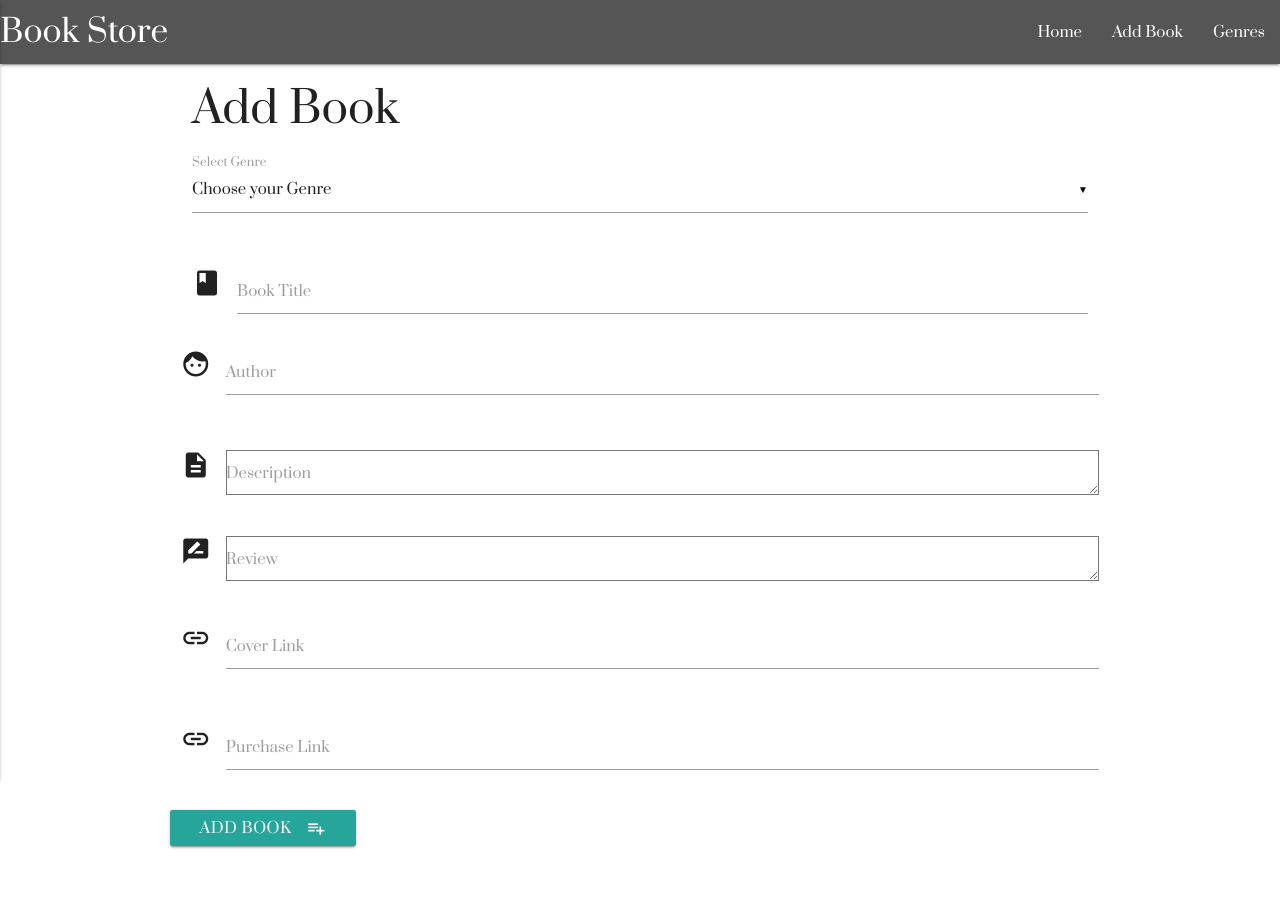
Repository: thodnett/book-store
Page: http://localhost/add_book
The author's editor kept a record of every edit. The page is drawn from the files as they stood at one moment, then again after the next edit.
The browser window is 1280 px wide. The pictures show the whole page.
Some web libraries are served in a nearby version. The page is served by the project's application, run on Flask 3 (app.py). Queries for data that is not in the repository find no rows.

Above is the page before.

### templates/addbook.html
{% extends 'base.html' %} {% block content %}

<h3 class="headings"> Add Book </h3>
<div class="row">
    <form action="{{ url_for('insert_book') }}" method="POST" class="form col s12">
        <div class='row'>
            <div class="input-field col s12">
    <select>
      <option class="option" value="" disabled selected>Choose your Genre</option>
       {% for cat in categories %}
                     <option class="option" value="{{cat.category_name}}">{{cat.category_name}}</option>
                  {% endfor %}
    </select>
    <label class="label">Select Genre</label>
  </div>
        </div>
        <div class="row">
            <div class="input-field col s12">
                <i class="material-icons prefix">book</i>
                <input class="input" id="book_name" name='book_name' type="text" class="validate">
                <label class="label" for="book_name">Book Title</label>
            </div>
            <div class="row">
                <div class="input-field col s12">
                    <i class="material-icons prefix">face</i>
                    <input class="input" id="book_author" name="book_author" type="text" class="validate">
                    <label class="label" for="book_author">Author</label>
                </div>
            </div>
            <div class="row">
                <div class="input-field col s12">
                    <i class="material-icons prefix">description</i>
                    <textarea class="area" id="book_descrip" name="book_descrip" class="validate"></textarea>
                    <label class="label" for="book_descrip">Description</label>
                </div>
            </div>
            <div class="row">
                <div class="input-field col s12">
                    <i class="material-icons prefix">rate_review</i>
                    <textarea class="area" id="book_review" name="book_review" class="validate"></textarea>
                    <label class="label" for="book_review">Review</label>
                </div>
            </div>
            <div class="row">
                <div class="input-field col s12">
                    <i class="material-icons prefix">link</i>
                    <input class="input" id="cover_link" name="cover_link" type="text" class="validate">
                    <label class="label"for="cover_link">Cover Link</label>
                </div>
            </div>
            <div class="row">
                <div class="input-field col s12">
                    <i class="material-icons prefix">link</i>
                    <input class="input" id="purch_link" name="purch_link" type="text" class="validate">
                    <label class="label" for="purch_link">Purchase Link</label>
                </div>
            </div>
            <div class="row">
                <button class="btn waves-effect waves-light" type="submit" name="action">Add Book
                <i class="material-icons right">playlist_add</i>
              </button>

            </div>
        </div>
    </form>
</div>
{% endblock %}

### templates/base.html
<!DOCTYPE html>
<html lang="en">

<head>

   <link href="https://fonts.googleapis.com/icon?family=Material+Icons" rel="stylesheet">
   <link rel="stylesheet" href="https://cdnjs.cloudflare.com/ajax/libs/materialize/0.100.2/css/materialize.min.css">
    <link rel="stylesheet" href="{{url_for('static', filename='css/style.css')}}" type="text/css"/>
</head>
<body>
    <header>
        <nav>
            <div class="nav-wrapper">
                <a href="{{url_for('get_books')}}" class="brand-logo">Book Store</a>
                <a href="#" data-activates="mobile-demo" class="button-collapse"><i class="material-icons">menu</i></a>
                <ul id="nav-mobile" class="right hide-on-med-and-down">
                    <li><a href="{{url_for('get_books')}}">Home</a></li>
                    <li><a href="{{url_for('add_book')}}">Add Book</a></li>
                    <li><a href="{{url_for('get_categories')}}">Genres</a></li>
                </ul>
                <ul class="side-nav" id="mobile-demo">
                    <li><a href="{{url_for('get_books')}}">Home</a></li>
                    <li><a href="{{url_for('add_book')}}">Add Book</a></li>
                    <li><a href="{{url_for('get_categories')}}">Genres</a></li>
                </ul>
            </div>
        </nav>
    </header>
    <div class="container">
    {% block content %}
    {% endblock %}
    </div>


<script src="https://cdnjs.cloudflare.com/ajax/libs/jquery/3.2.1/jquery.min.js"></script>
<script src="https://cdnjs.cloudflare.com/ajax/libs/materialize/0.100.2/js/materialize.min.js"></script>
<script type="text/javascript">
$(document).ready(function() {
      $('select').material_select();
      $(".button-collapse").sideNav();
        });

</script>
</body>
</html>

### app.py
import os
from flask import Flask,  render_template, redirect, request, url_for
from flask_pymongo import PyMongo
from bson.objectid import ObjectId


app = Flask(__name__)

app.config["MONGO_DBNAME"] = 'book_store'
app.config["MONGO_URI"] = 'mongodb+srv://thodnett:Pass1234@myfirstcluster-2pyxt.mongodb.net/book_store?retryWrites=true&w=majority'

mongo = PyMongo(app)



@app.route('/')
@app.route('/get_books')
def get_books():
    return render_template("books.html", books=mongo.db.books.find())

@app.route('/add_book')
def add_book():
    return render_template("addbook.html",  categories=mongo.db.categories.find())

@app.route('/insert_book', methods=['POST'])
def insert_book():
    books = mongo.db.books
    books.insert_one(request.form.to_dict())
    return redirect(url_for('get_books'))

@app.route('/edit_book/<book_id>')
def edit_book(book_id):
    the_book =  mongo.db.books.find_one({"_id": ObjectId(book_id)})
    all_categories =  mongo.db.categories.find()
    return render_template('editbook.html', book=the_book, categories=all_categories)

@app.route('/update_book/<book_id>', methods=['POST'])
def update_book(book_id):
    books = mongo.db.books
    books.update( {'_id': ObjectId(book_id)},
    {
        'book_name':request.form.get('book_name'),
        'category_name':request.form.get('category_name'),
        'book_author':request.form.get('book_author'),
        'book_descrip':request.form.get('book_descrip'),
        'book_review':request.form.get('book_review'),
        'cover_link':request.form.get('cover_link'),
        'purch_link':request.form.get('purch_link')
    })
    return redirect(url_for('get_books'))

@app.route('/delete_book/<book_id>')
def delete_book(book_id):
    mongo.db.books.remove({'_id': ObjectId(book_id)})
    return redirect(url_for('get_books'))

@app.route('/get_categories')
def get_categories():
    return render_template('categories.html',
    categories=mongo.db.categories.find())

@app.route('/edit_category/<category_id>')
def edit_category(category_id):
    return render_template('editcategory.html',
    category=mongo.db.categories.find_one({'_id': ObjectId(category_id)}))

@app.route('/update_category/<category_id>', methods=['POST'])
def update_category(category_id):
    mongo.db.categories.update(
        {'_id': ObjectId(category_id)},
        {'category_name': request.form.get('category_name')})
    return redirect(url_for('get_categories'))

@app.route('/delete_category/<category_id>')
def delete_category(category_id):
    mongo.db.categories.remove({'_id': ObjectId(category_id)})
    return redirect(url_for('get_categories'))

@app.route('/insert_category', methods=['POST'])
def insert_category():
    categories = mongo.db.categories
    category_doc ={'category_name': request.form.get('category_name')}
    categories.insert_one(category_doc)
    return redirect(url_for('get_categories'))

@app.route('/add_category')
def add_category():
    return render_template('addcategory.html')


if __name__ == '__main__':
    app.run(host=os.environ.get('IP'),
            port=int(os.environ.get('PORT')),
            debug=True)

### static/css/style.css
@import url('https://fonts.googleapis.com/css?family=Prata&display=swap');


/*----style navbar ----*/

.nav-wrapper {
    background-color: #555555;
    font-family: 'Prata', sans-serif;

}

/*--------card--------*/

.card-content, .card-action a {
    font-family: 'Prata', sans-serif;
}

/*-------headings-----*/

.headings {
    font-family: 'Prata', sans-serif;
}

.row a {
     font-family: 'Prata', sans-serif;
     color: orange;
}

.form {
    font-family: 'Prata', sans-serif;
}

.label {
    font-family: 'Prata', sans-serif;
}

.input{
    font-family: 'Prata', sans-serif;
}

.area {
    font-family: 'Prata', sans-serif;
}

After the next edit:
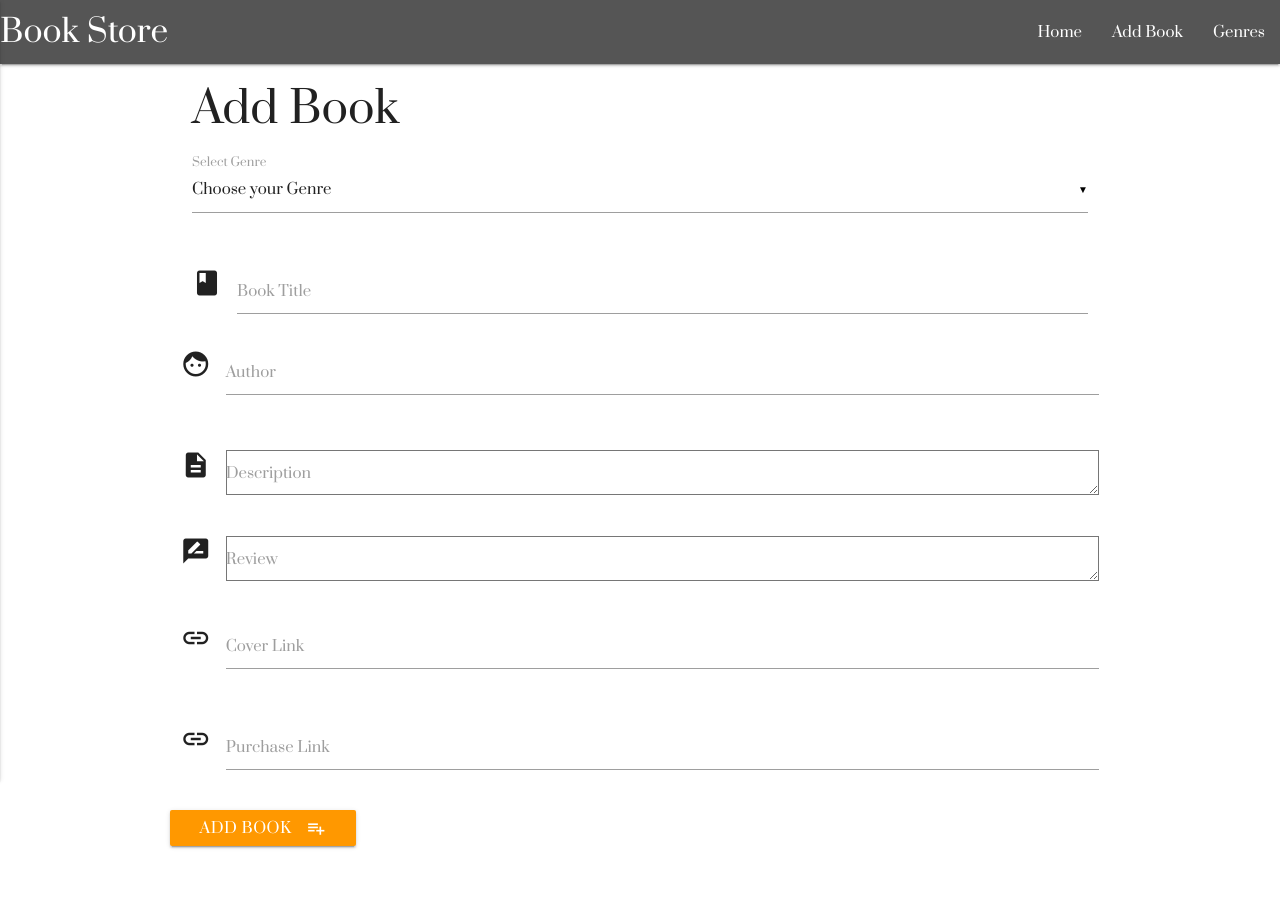
The edit:
--- a/templates/addbook.html
+++ b/templates/addbook.html
@@ -56,7 +56,7 @@
                 </div>
             </div>
             <div class="row">
-                <button class="btn waves-effect waves-light" type="submit" name="action">Add Book
+                <button class="btn orange waves-effect waves-light" type="submit" name="action">Add Book
                 <i class="material-icons right">playlist_add</i>
               </button>
 
